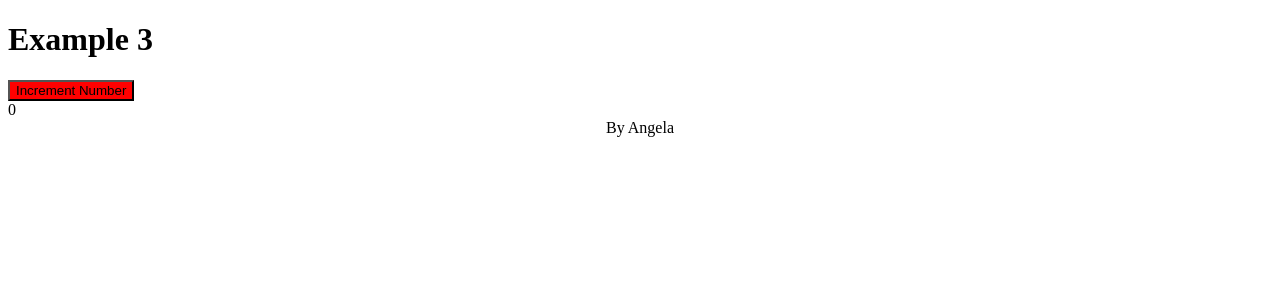
Repository: y-w-lee/class-3
Page: /ExampleThree
An editor plug-in stored every save of this project. The page is shown before and after the next save, followed by the edit.
The browser window is 1280 px wide. The pictures show the whole page.
The project was rebuilt for these pictures with package versions that can differ from the ones it lists, and the page was loaded fresh each time. The framework's server and built-in components were replaced by stand-ins that run in the browser. Also part of the build but not shown: next.config.js, components/Header/index.js.

Above is the page before, as saved 2024-01-18 12:23:14.

### pages/ExampleThree.js
import {useEffect, useState} from "react"
import Header from "@/components/Header"
import Footer from "@/components/Footer"

export default function ExampleThree() {

   const [number, setNumber] = useState(0);

   const colors = ["red", "orange", "yellow", "green", "blue" , "violet"];

   useEffect (() => {
        console.log("changing number value: " + colors[number]);
    }, [number])

    return (
        <>
             <h1>Example 3</h1>
            <button
                style={{backgroundColor: colors[number]}}
                onClick={() => setNumber(number + 1)}>
                    Increment Number
            </button>
            <div>
                {number}
            </div>

        <Footer/>
        </>
    )
}

### styles/globals.css
:root {

}


a {
  color: inherit;
  text-decoration: none;
}

### components/Footer/index.js
import styles from "./Footer.module.css"

export default function Footer () {
    return (
        <footer className={styles.footer}>
            By Angela
        </footer>
    )
}

### components/Footer/Footer.module.css
.footer {
    display: flex;
    justify-content: center;
}

Loaded but not shown: pages/_app.js (common file); pages/_document.js (common file)

After the next save:
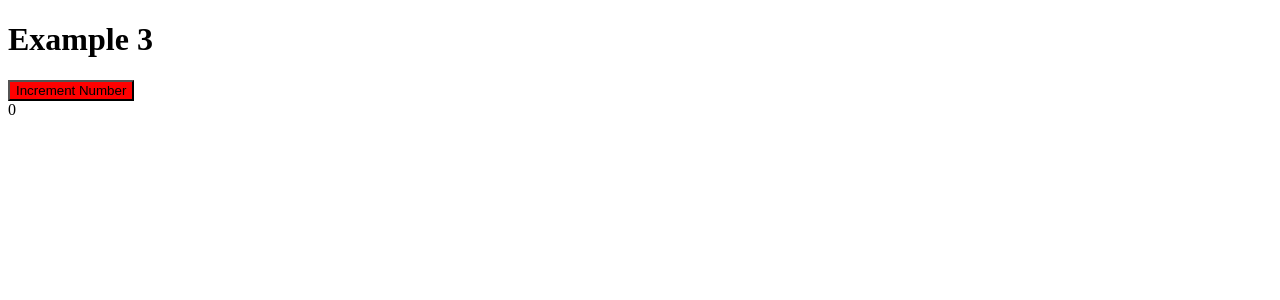
Saved 10 s later.
--- a/pages/ExampleThree.js
+++ b/pages/ExampleThree.js
@@ -24,7 +24,6 @@
                 {number}
             </div>
 
-        <Footer/>
         </>
     )
 }

After the save that followed:
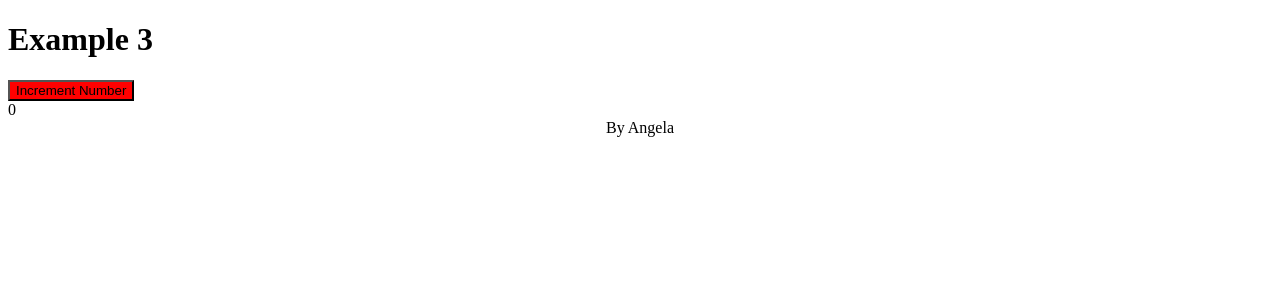
Saved 12 s later.
--- a/pages/ExampleThree.js
+++ b/pages/ExampleThree.js
@@ -14,16 +14,17 @@
 
     return (
         <>
-             <h1>Example 3</h1>
-            <button
-                style={{backgroundColor: colors[number]}}
-                onClick={() => setNumber(number + 1)}>
-                    Increment Number
-            </button>
-            <div>
-                {number}
-            </div>
+         <h1>Example 3</h1>
+        <button
+            style={{backgroundColor: colors[number]}}
+            onClick={() => setNumber(number + 1)}>
+                Increment Number
+        </button>
+        <div>
+            {number}
+        </div>
 
+        <Footer/>
         </>
     )
 }
